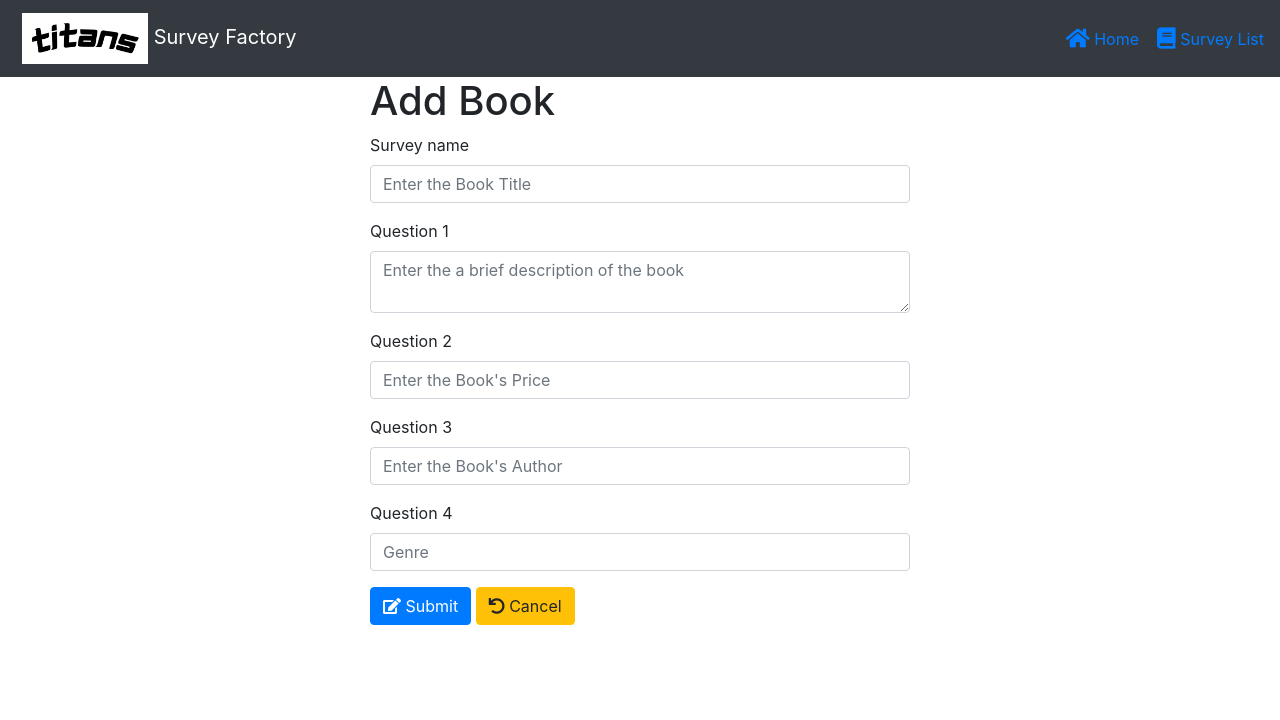
Repository: lord-NAVY/titans
Page: http://localhost/book-list/add
These files come from the project's save history. The page is drawn as it stood at one moment and after the next save; the edit follows.
The browser window is 1280 px wide. The pictures show the whole page.
The page is served by the project's Node server (server.js). Other server files are loaded and not shown.

Above is the page before, as saved 2021-11-09 21:31:40.

### server/views/book/details.ejs
<%- include ../partials/header.ejs %>

<%- include ../partials/main_nav.ejs %>

<!-- Content for the Add page -->
<div class="container">
    <div class="row">
        <div class="offset-md-3 col-md-6">
            <h1><%= title %></h1>

            <form class="form" method="POST">
                <div class="form-group">
                    <label for="titleTextField">Survey name</label>
                    <input type="text" class="form-control"
                    id="titleTextField"
                    placeholder="Enter the Book Title"
                    name="Title" required>
                </div>

                <div class="form-group">
                    <label for="descriptionTextArea">Question 1</label>
                    <textarea type="text" class="form-control"
                    id="descriptionTextArea"
                    placeholder="Enter the a brief description of the book"
                    name="Description" required></textarea>
                </div>

                <div class="form-group">
                    <label for="priceTextField">Question 2</label>
                    <input type="text" class="form-control"
                    id="priceTextField"
                    placeholder="Enter the Book's Price"
                    name="Price" required>
                </div>

                <div class="form-group">
                    <label for="authorTextField">Question 3</label>
                    <input type="text" class="form-control"
                    id="authorTextField"
                    placeholder="Enter the Book's Author"
                    name="Author" required>
                </div>

                <div class="form-group">
                    <label for="genreTextField">Question 4</label>
                    <input type="text" class="form-control"
                    id="genreTextField"
                    placeholder="Genre"
                    name="Genre" required>
                </div>

                <button class="btn btn-primary" type="submit">
                    <i class="fas fa-edit"></i> Submit</button>

                    <a href="/book-list" class="btn btn-warning">
                        <i class="fas fa-undo"></i> Cancel</a>

            </form>
        </div>

    </div>
</div>





<%- include ../partials/footer.ejs %>

### server/views/partials/main_nav.ejs
<!-- Main Navigation -->
  <nav class="navbar navbar-expand-lg navbar-dark bg-dark">
      <a class="navbar-brand" href="/"><i class="fa fa-bookmark-o"></i> <img src="assets/images/logo.png" width="20%"> Survey Factory</a>
    <button class="navbar-toggler" type="button" data-toggle="collapse" data-target="#navbarSupportedContent" aria-controls="navbarSupportedContent" aria-expanded="false" aria-label="Toggle navigation">
      <span class="navbar-toggler-icon"></span>
    </button>

    <div class="collapse navbar-collapse" id="navbarSupportedContent">
      <ul class="navbar-nav ml-auto">

           <% if(title == "Home") { %>
          <li class="active"><a href="/"><i class="fa fa-home fa-lg"></i> Home   &nbsp; &nbsp; </a></li>
        <% } else { %>
          <li><a href="/"><i class="fa fa-home fa-lg"></i> Home &nbsp; &nbsp;   </a></li>
        <% } %>

          <% if(title == "books") { %>
          <li class="active"><a href="/books"><i class="fa fa-book fa-lg">
          </i>    Survey List</a></li>
          <% } else { %>
            <li><a href="/book-list"><i class="fa fa-book fa-lg">
            </i>   Survey List</a></li>
          <% } %>
</ul>
    </div>
  </nav>

### server.js
#!/usr/bin/env node

/* server.js
Students's name: Arshpreet Singh
StudentID: 301174738
Date: 31 October, 2021
*/

/**
 * Module dependencies.
 */

var app = require('./server/config/app');
var debug = require('debug')('week-4:server');
var http = require('http');

/**
 * Get port from environment and store in Express.
 */

var port = normalizePort(process.env.PORT || '3000');
app.set('port', port);

/**
 * Create HTTP server.
 */

var server = http.createServer(app);

/**
 * Listen on provided port, on all network interfaces.
 */

server.listen(port);
server.on('error', onError);
server.on('listening', onListening);

/**
 * Normalize a port into a number, string, or false.
 */

function normalizePort(val) {
  var port = parseInt(val, 10);

  if (isNaN(port)) {
    // named pipe
    return val;
  }

  if (port >= 0) {
    // port number
    return port;
  }

  return false;
}

/**
 * Event listener for HTTP server "error" event.
 */

function onError(error) {
  if (error.syscall !== 'listen') {
    throw error;
  }

  var bind = typeof port === 'string'
    ? 'Pipe ' + port
    : 'Port ' + port;

  // handle specific listen errors with friendly messages
  switch (error.code) {
    case 'EACCES':
      console.error(bind + ' requires elevated privileges');
      process.exit(1);
      break;
    case 'EADDRINUSE':
      console.error(bind + ' is already in use');
      process.exit(1);
      break;
    default:
      throw error;
  }
}

/**
 * Event listener for HTTP server "listening" event.
 */

function onListening() {
  var addr = server.address();
  var bind = typeof addr === 'string'
    ? 'pipe ' + addr
    : 'port ' + addr.port;
  debug('Listening on ' + bind);
}

### server/controllers/book.js
/* book.js
Students's name: Arshpreet Singh
StudentID: 301174738
Date: 31 October, 2021
Web app name: COMP229-F2021-MidTerm-301174738
*/

let express = require('express');
let router = express.Router();
let mongoose = require('mongoose');

// create a reference to the model
let Book = require('../models/book');

module.exports.displayBookList = (req, res, next) => {
    Book.find((err, bookList) => {
        if(err)
        {
            return console.error(err);
        }
        else
        {
            //console.log(BookList);

            res.render('book/index', {title: 'Books', BookList: bookList});
        }
    });
}

module.exports.displayAddPage = (req, res, next) => {
    res.render('book/details', {title: 'Add Book'})
}

module.exports.processAddPage = (req, res, next) => {
    let newBook = Book({
        "Title": req.body.Title,
        "Author": req.body.Author,
        "Genre": req.body.Genre,
        "Description": req.body.Description,
        "Price": req.body.Price,
        "Option1": req.body.Option1,
        "Option2": req.body.Option2,
        "Option3": req.body.Option3,
        "Option4": req.body.Option4
    });

    Book.create(newBook, (err, Book) =>{
        if(err)
        {
            console.log(err);
            res.end(err);
        }
        else
        {
            // refresh the book list
            res.redirect('/book-list');
        }
    });

}

module.exports.displayEditPage = (req, res, next) => {
    let id = req.params.id;

    Book.findById(id, (err, bookToEdit) => {
        if(err)
        {
            console.log(err);
            res.end(err);
        }
        else
        {
            //show the edit view
            res.render('book/edit', {title: 'Edit Book', book: bookToEdit})
        }
    });
}

module.exports.processEditPage = (req, res, next) => {
    let id = req.params.id

    let updatedBook = Book({
        "_id": id,
        "Title": req.body.Title,
        "Author": req.body.Author,
        "Genre": req.body.Genre,
        "Description": req.body.Description,
        "Price": req.body.Price,
        "Option1": req.body.Option1,
        "Option2": req.body.Option2,
        "Option3": req.body.Option3,
        "Option4": req.body.Option4
    });

    Book.updateOne({_id: id}, updatedBook, (err) => {
        if(err)
        {
            console.log(err);
            res.end(err);
        }
        else
        {
            // refresh the book list
            res.redirect('/book-list');
        }
    });
}

module.exports.performDelete = (req, res, next) => {
    let id = req.params.id;

    Book.remove({_id: id}, (err) => {
        if(err)
        {
            console.log(err);
            res.end(err);
        }
        else
        {
             // refresh the book list
             res.redirect('/book-list');
        }
    });
}

### public/Content/app.css
/* app.css
Students's name: Arshpreet Singh
StudentID: 301174738
Date: 31 October, 2021
Web app name: COMP229-F2021-MidTerm-301174738
*/

/* custom css goes here */

### public/Scripts/app.js
/* app.js
Students's name: Arshpreet Singh
StudentID: 301174738
Date: 31 October, 2021
Web app name: COMP229-F2021-MidTerm-301174738
*/

// IIFE -- Immediately Invoked Function Expression
(function(){

    function Start()
    {
        console.log("App Started...");

        let deleteButtons = document.querySelectorAll('.btn-danger');

        for(button of deleteButtons)
        {
            button.addEventListener('click', (event)=>{
                if(!confirm("Are you sure?"))
                {
                    event.preventDefault();
                    window.location.assign('/book-list');
                }
            });
        }
    }

    window.addEventListener("load", Start);

})();

Loaded but not shown: server/views/partials/header.ejs (common file); server/views/partials/footer.ejs (common file)

After the next save:
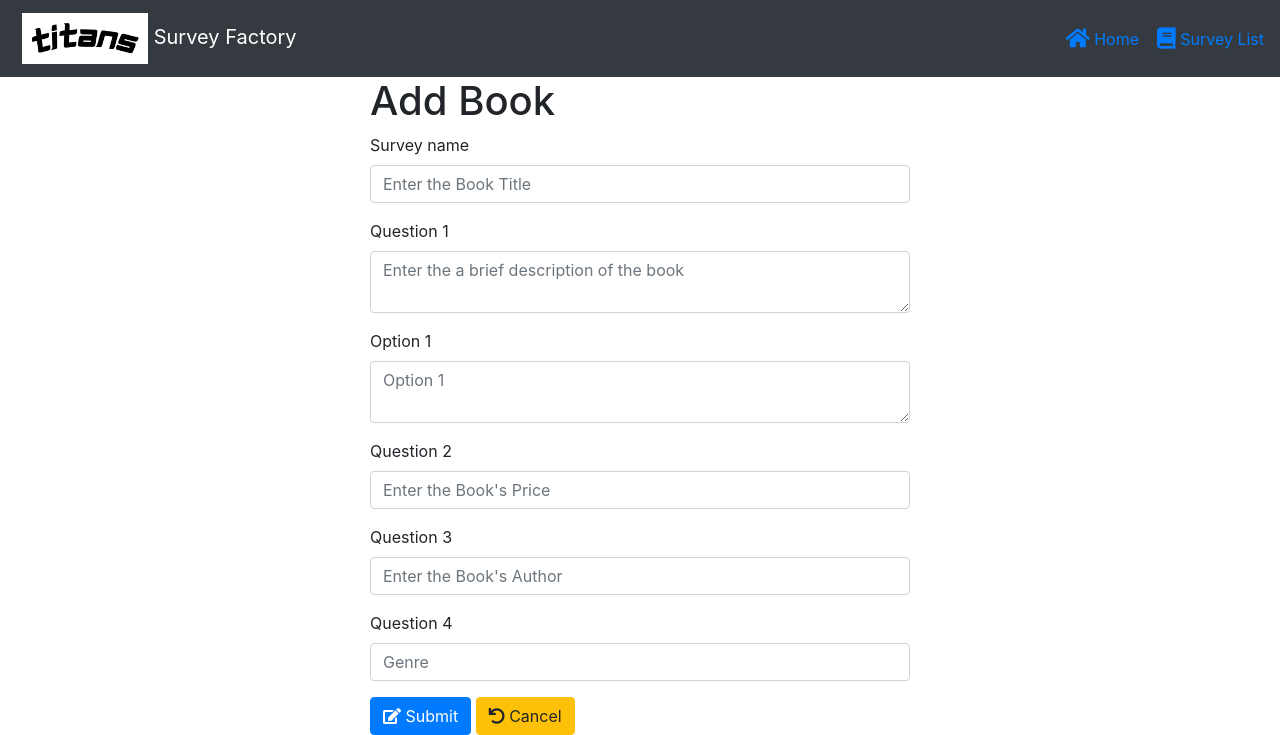
Saved 87 s later.
--- a/server/views/book/details.ejs
+++ b/server/views/book/details.ejs
@@ -23,6 +23,14 @@
                     id="descriptionTextArea"
                     placeholder="Enter the a brief description of the book"
                     name="Description" required></textarea>
+                </div>
+
+                 <div class="form-group">
+                    <label for="OptionTextArea">Option 1</label>
+                    <textarea type="text" class="form-control"
+                    id="OptionTextArea"
+                    placeholder="Option 1"
+                    name="Option1" required></textarea>
                 </div>
 
                 <div class="form-group">
